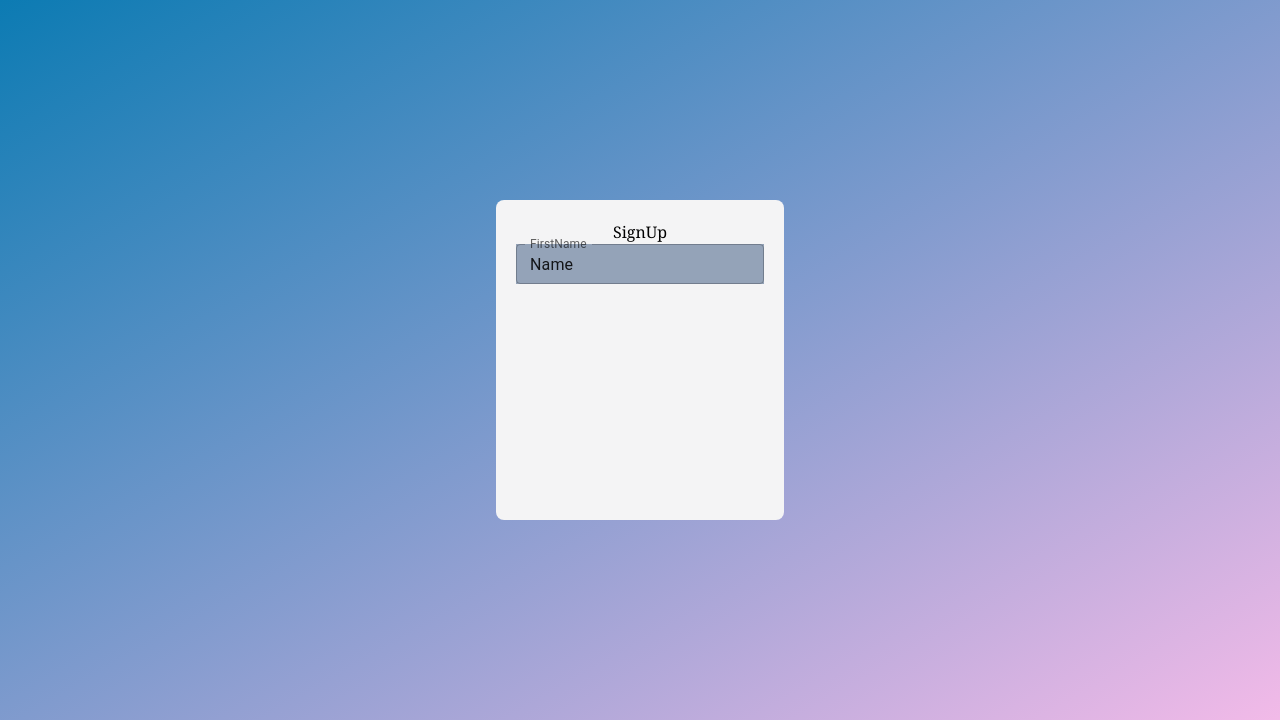
Repository: dhanapal2205/sazsfinance
Page: /SignUp
These files come from the project's save history. The page is drawn as it stood at one moment and after the next save; the edit follows.
The browser window is 1280 px wide. The pictures show the whole page.
The project was rebuilt for these pictures with package versions that can differ from the ones it lists, and the page was loaded fresh each time. The framework's server and built-in components were replaced by stand-ins that run in the browser. Also part of the build but not shown: next.config.js.

Above is the page before, as saved 2023-04-07 11:26:02.

### pages/SignUp.js
import { TextField } from '@mui/material'
import React from 'react'

const SignUp = () => {
  return (
    <div className=' bg-gradient-to-tl from-[#F2BAE8]  to-[#0C7BB3]  h-screen flex'>

     <div className=' w-72 h-80 bg-zinc-100  rounded-lg m-auto justify-center'>
      <div className='place-items-center flex flex-col mt-5 ' >
        <p className='font-sans md:font-serif ' > SignUp</p>
<TextField className='bg-slate-400 hover:bg-white place-content-center ' label="FirstName"
          id="outlined-size-small"
          defaultValue="Name"
          size="small"  />


      </div>

     </div>

      </div>



  )
}

export default SignUp

Loaded but not shown: pages/_app.js (common file); pages/_document.js (common file); styles/globals.css (common file); tailwind.config.js (common file)

After the next save:
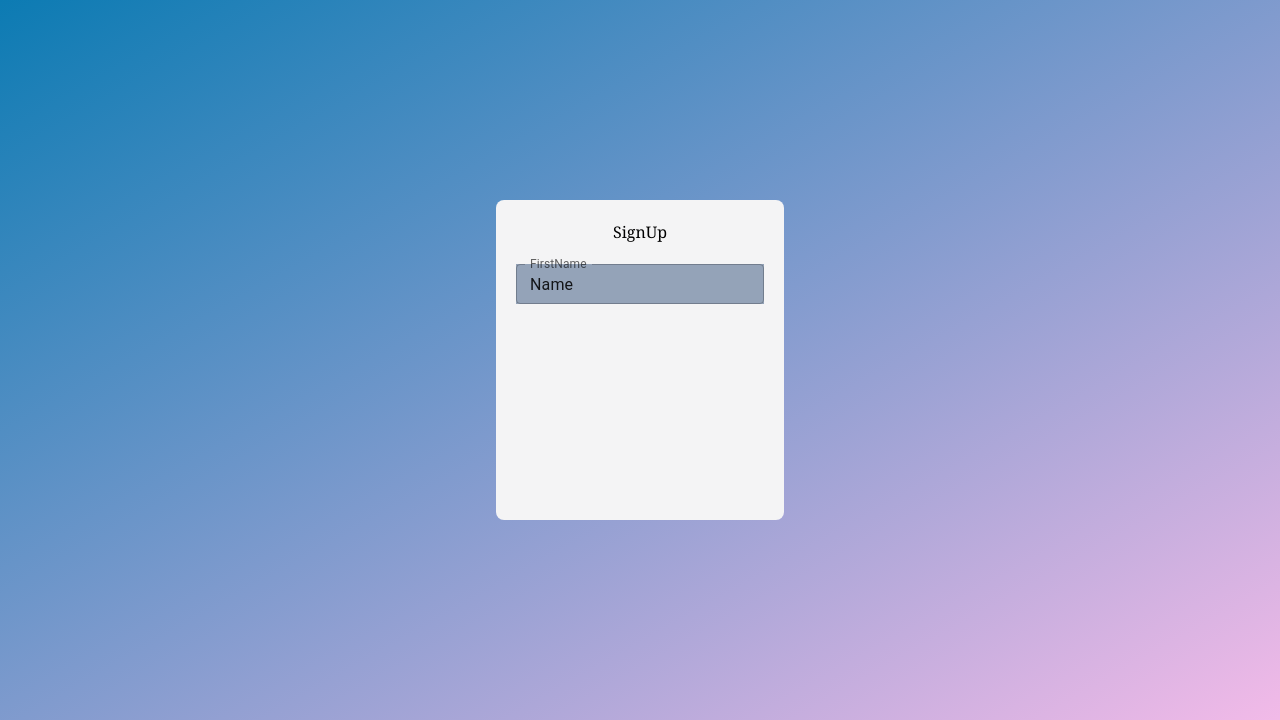
Saved 52 s later.
--- a/pages/SignUp.js
+++ b/pages/SignUp.js
@@ -6,7 +6,7 @@ const SignUp = () => {
     <div className=' bg-gradient-to-tl from-[#F2BAE8]  to-[#0C7BB3]  h-screen flex'>
 
      <div className=' w-72 h-80 bg-zinc-100  rounded-lg m-auto justify-center'>
-      <div className='place-items-center flex flex-col mt-5 ' >
+      <div className='place-items-center flex flex-col space-y-5 mt-5 ' >
         <p className='font-sans md:font-serif ' > SignUp</p>
 <TextField className='bg-slate-400 hover:bg-white place-content-center ' label="FirstName"
           id="outlined-size-small"
